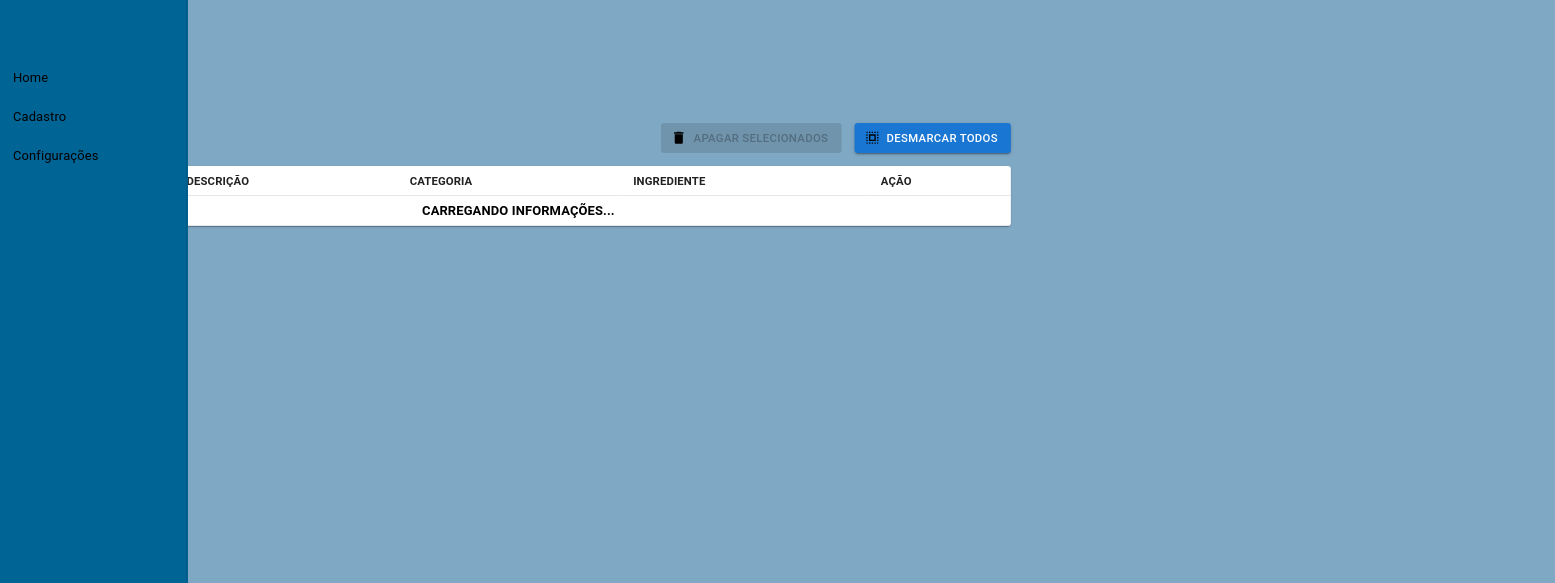
Repository: oZanella/projeto_windel_web_CRM
Page: /
An editor plug-in stored every save of this project. The page is shown before and after a run of saves, followed by the edit.
The browser window is 1280 px wide. The page is 1280 px wide, then 2000 px, so the pictures cover 1920 px, including what lies to the right of the window. The pictures show the whole page, at 81% of full size.
The page's requests for data from a server got no answer. The project was rebuilt for these pictures with package versions that can differ from the ones it lists, and the page was loaded fresh each time. No one was signed in, and anything a server would have sent is missing. Also part of the build but not shown: vite.config.js, src/components/Button.jsx, src/components/ModalConfirmDelete.jsx, src/routes/Configuracoes.jsx. Imported but missing from the stored project, and not drawn on this page: src/routes/Cadastro.jsx.

Above is the page before, as saved 2024-08-19 08:43:08.

After the next 2 saves:
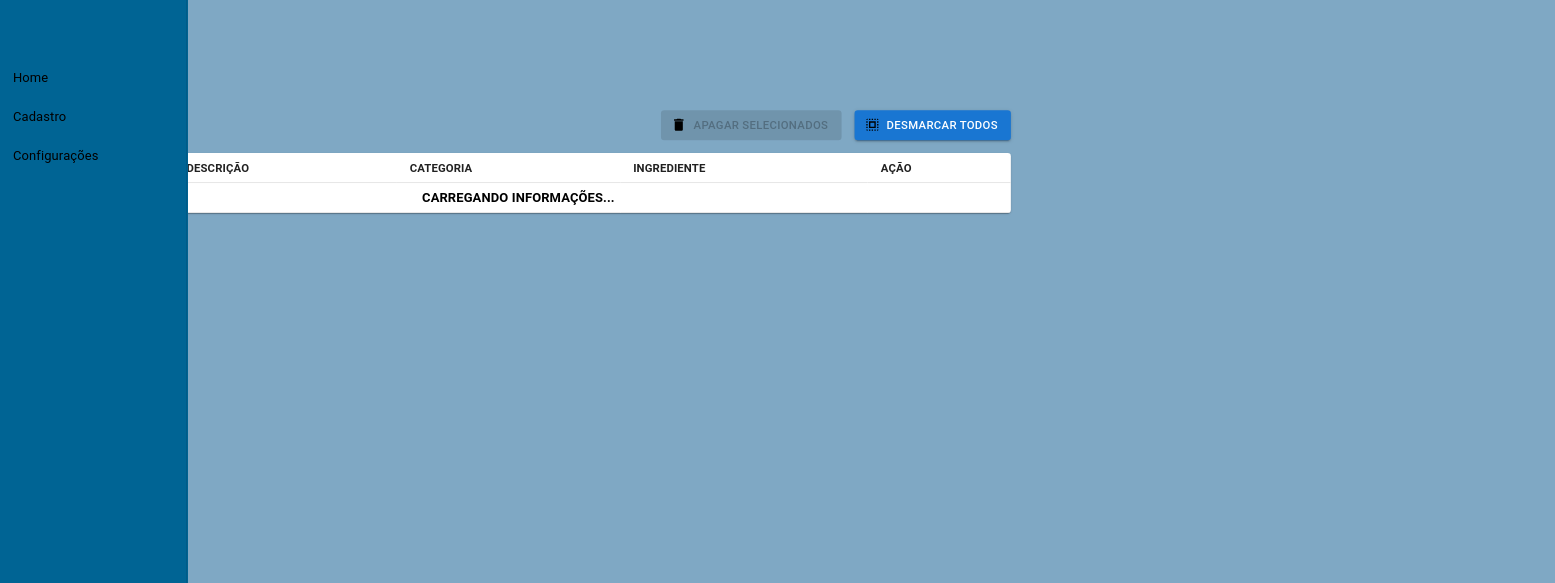
The 2 saves are shown as one change because they came seconds apart.
The last was saved 45 s later.
--- a/src/components/Header.jsx
+++ b/src/components/Header.jsx
@@ -113,7 +113,10 @@ export const Header = () => {
       <Box
         component="main"
         sx={{
-          pt: '64px',
+          flexGrow: 1,
+          bgcolor: 'background.default',
+          p: 3,
+          marginLeft: 240, // Ajuste conforme a largura do menu lateral
         }}
       >
 
